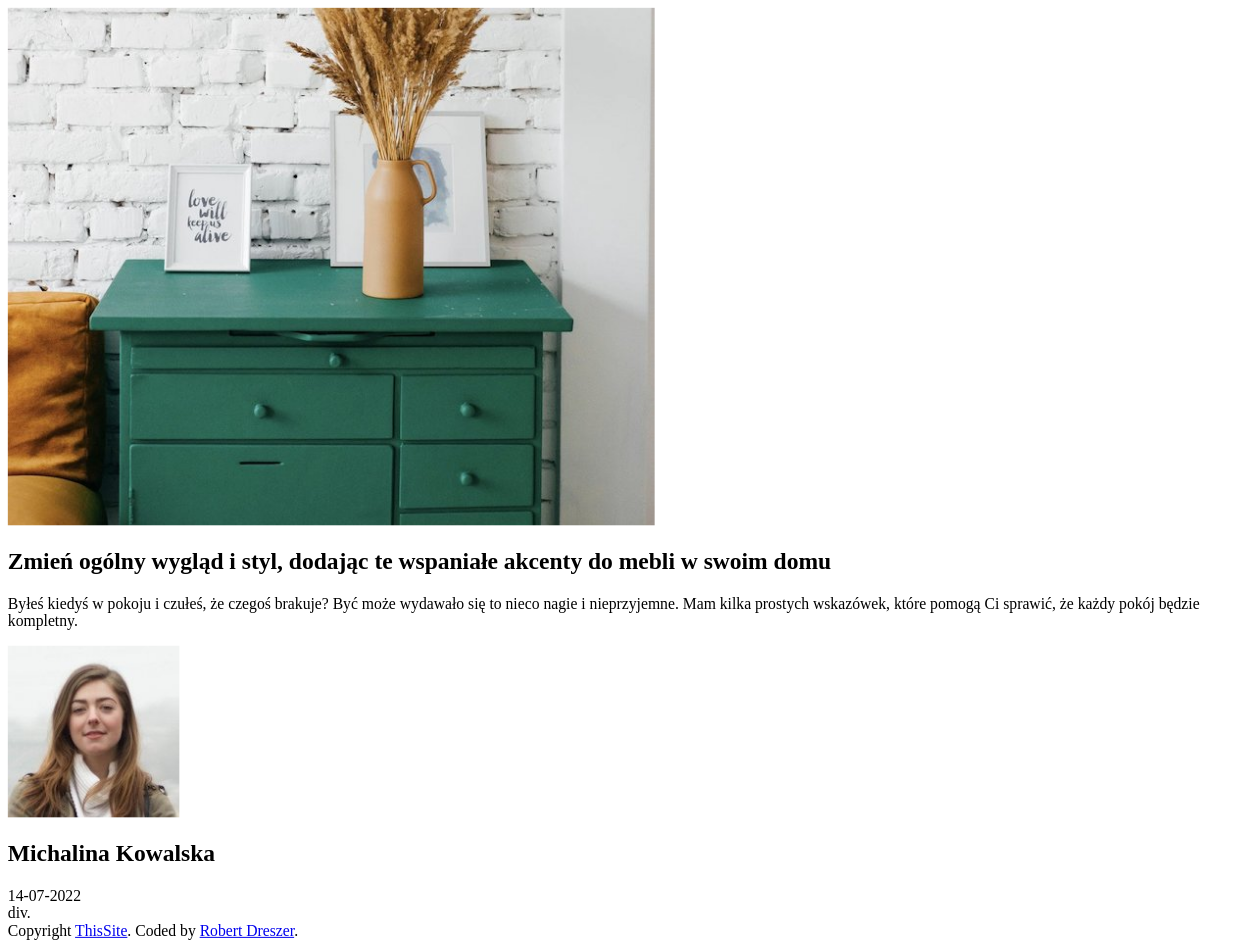
Repository: RobertDsr/komponent-podgl-du-produktu
Page: index.html
The author's editor kept a copy of each file at every save. The page is drawn from the files as they stood at one save, then again after a run of saves.
The browser window is 1280 px wide. The pictures show the whole page, at 98% of full size.
Some web libraries are served in a nearby version.

Above is the page before, as saved 2022-07-14 11:25:57.

After the next 3 saves:
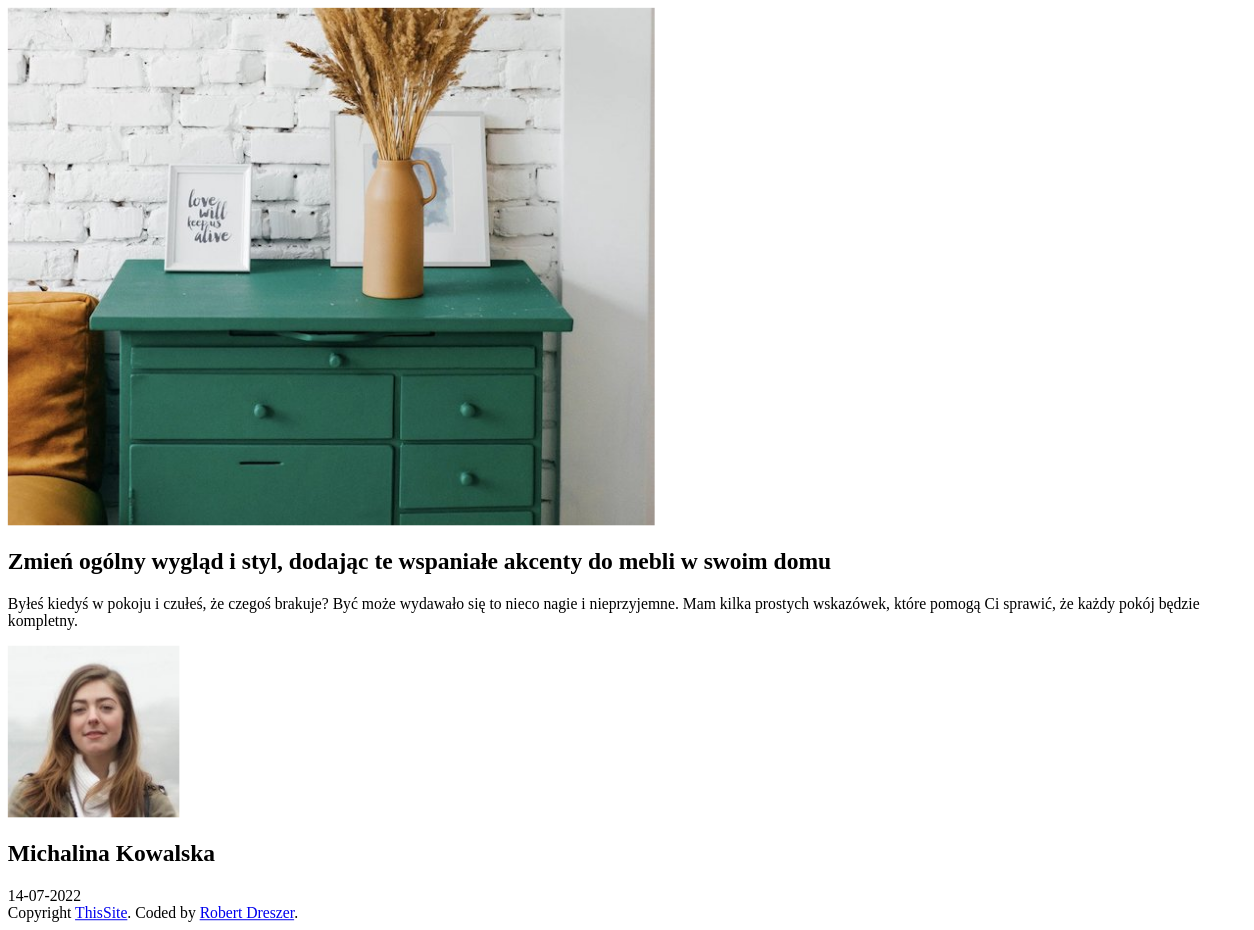
The 3 saves are shown as one change because they came seconds apart.
The last was saved 38 s later.
--- a/index.html
+++ b/index.html
@@ -22,7 +22,9 @@
         <h2 class="authorName">Michalina Kowalska</h2>
         <time datetime="2022-07-14">14-07-2022</time>
       </div>
-        div.
+        <div class="socialMedia">
+
+        </div>
       </div>
     </section>
   </div>

After the save that followed:
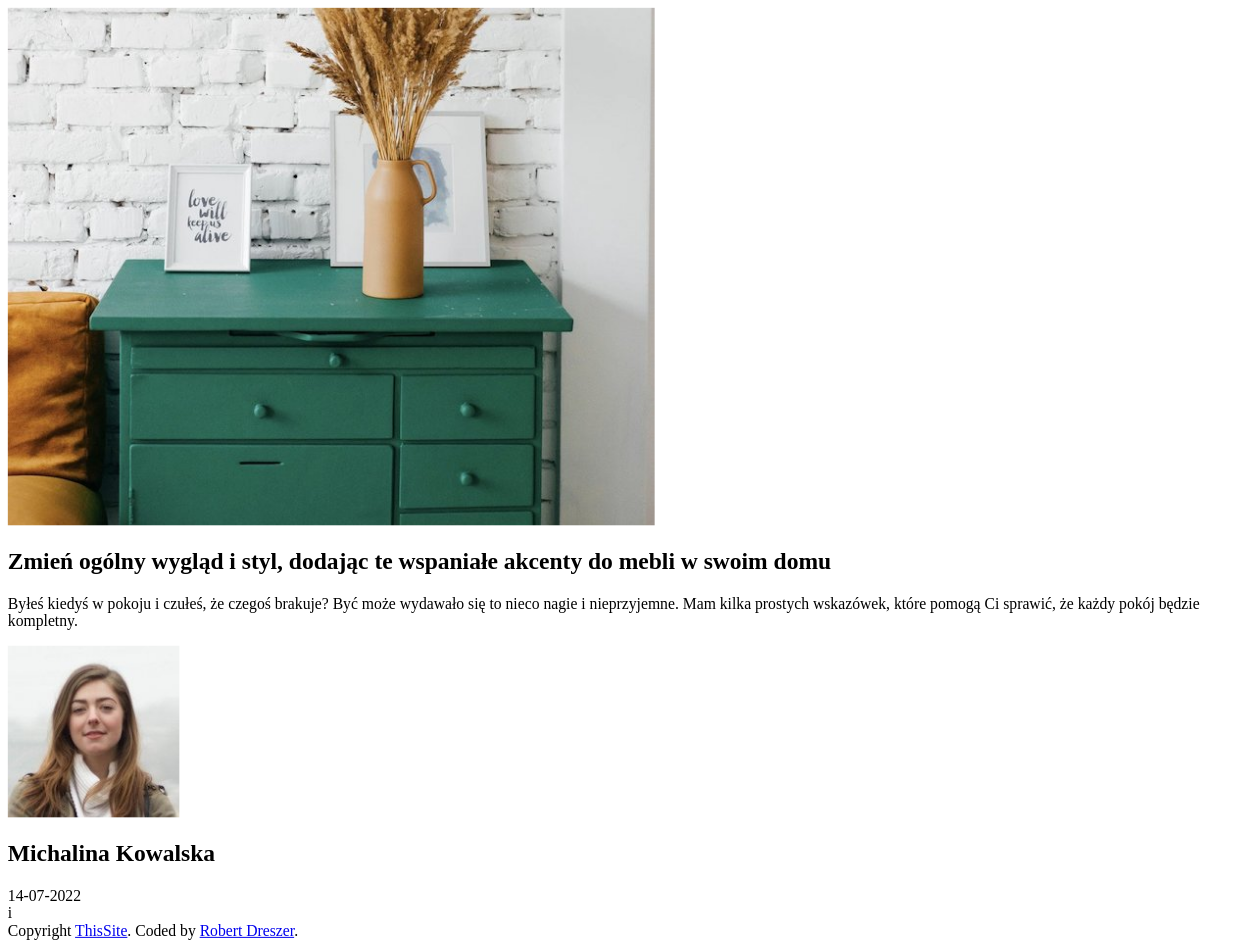
Saved 4 s later.
--- a/index.html
+++ b/index.html
@@ -23,7 +23,7 @@
         <time datetime="2022-07-14">14-07-2022</time>
       </div>
         <div class="socialMedia">
-
+          i
         </div>
       </div>
     </section>
